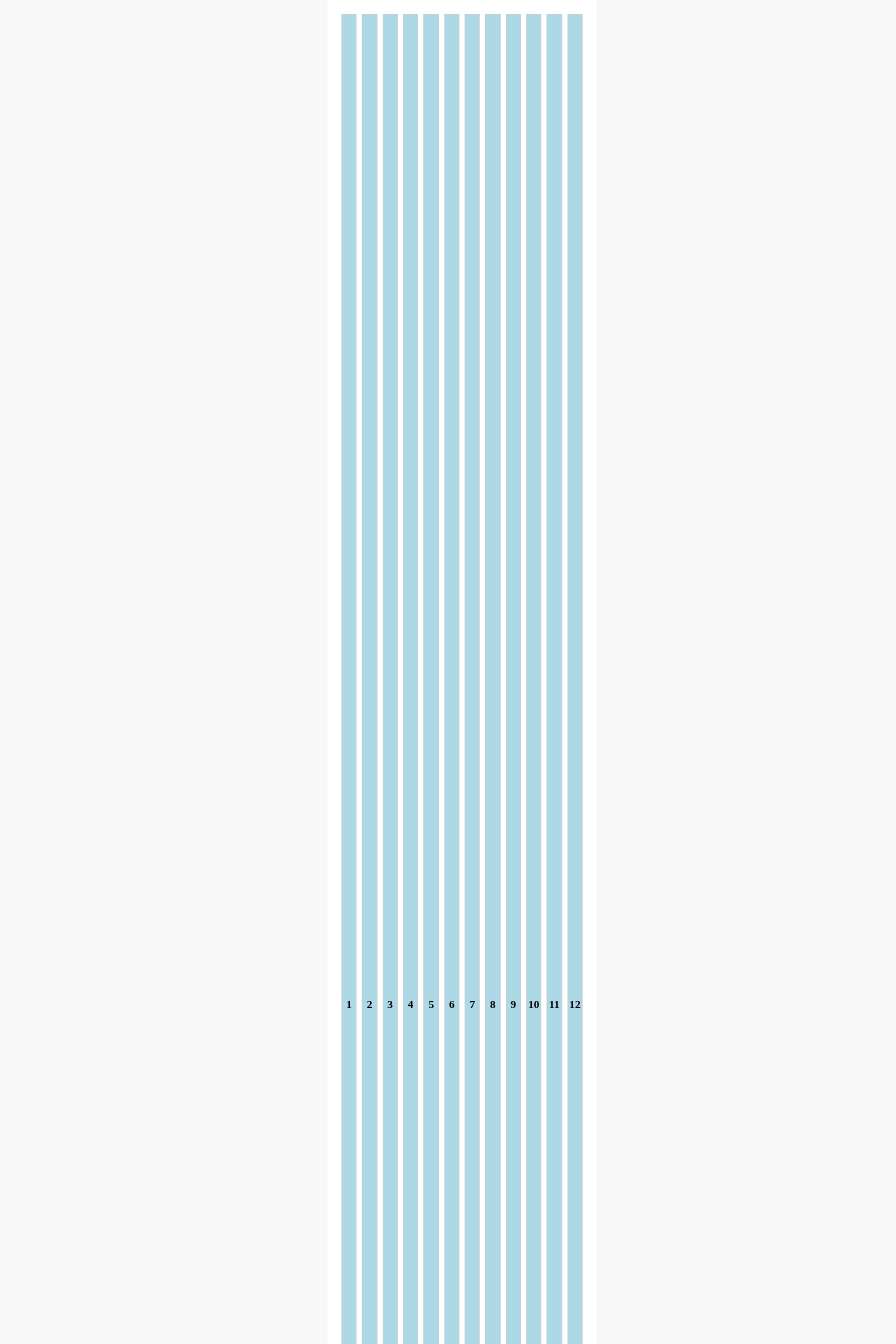
Repository: Yeshwanth-189/little-lemon
Page: / (app in little-lemon/)
These files come from the project's save history. The page is drawn as it stood at one moment and after the next save; the edit follows.
The browser window is 1280 px wide. The pictures show the part of the page from y = 0 to 1920 px (the page is 2869 px tall before and 2887 px after), at 70% of full size.
The project was rebuilt for these pictures with package versions that can differ from the ones it lists, and the page was loaded fresh each time.

Above is the page before, as saved 2025-04-26 15:22:05.

After the next save:
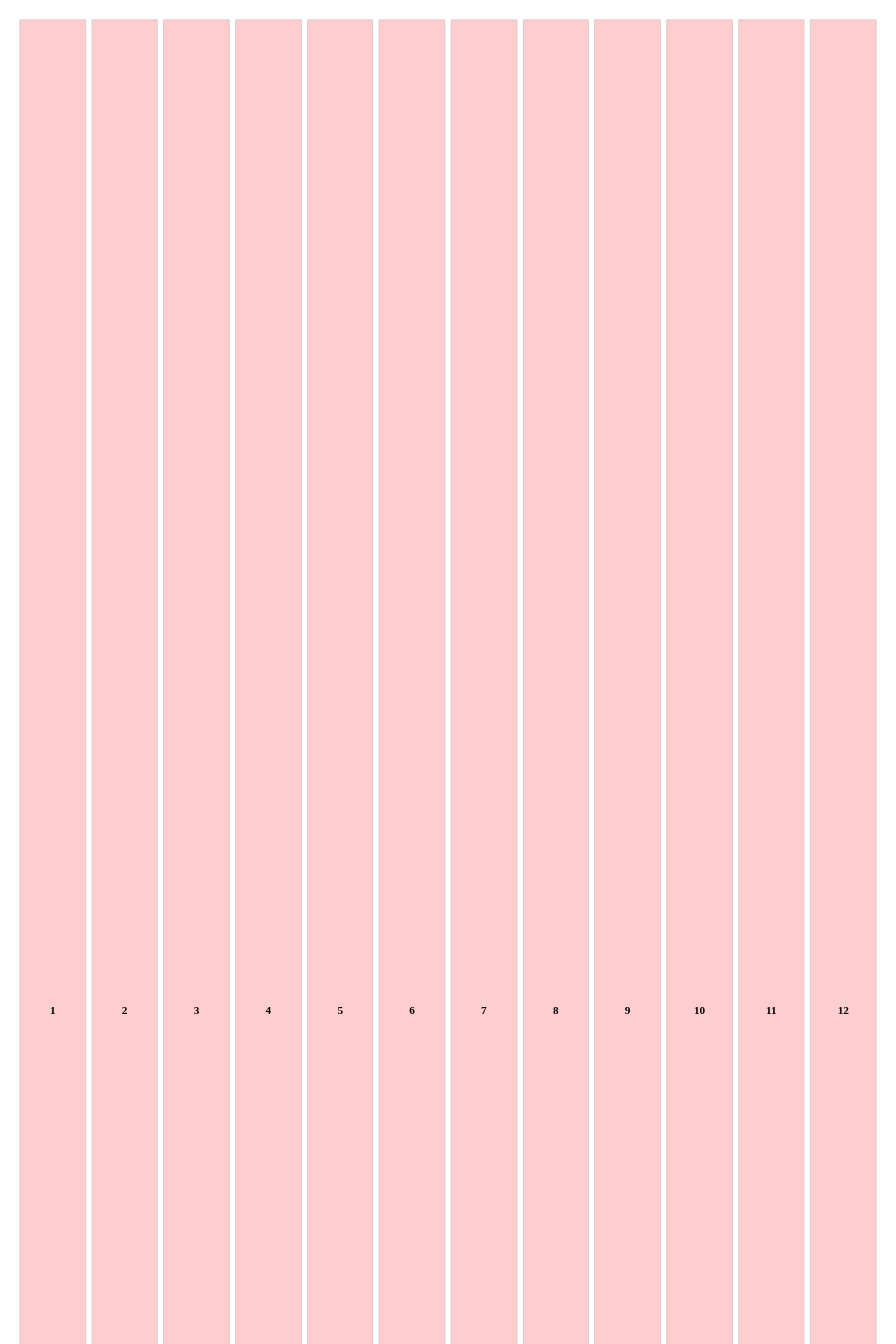
Saved 39 s later.
--- a/little-lemon/src/App.css
+++ b/little-lemon/src/App.css
@@ -1,34 +1,23 @@
-body {
-  margin: 0;
-  padding: 0;
-  display: flex;
-  justify-content: center; /* Center the container */
-  background-color: #f8f8f8; /* light background */
+/* Base container for grid layout */
+.container {
+  display: grid;
+  grid-template-columns: repeat(12, 1fr); /* 12 columns for desktop */
+  gap: 8px; /* small gap between columns */
+  padding: 20px;
 }
 
-/* Frame container */
-.container {
-  width: 100%; /* Limit to your frame width */
-  min-height: 2829px; /* Frame height */
-  display: grid;
-  grid-template-columns: repeat(12, 1fr); /* 12 columns */
-  gap: 8px;
-  padding: 20px;
-  background-color: white; /* white background like your Figma frame */
-}
-
-/* Each column */
+/* Each column item */
 .column {
-  background-color: lightblue;
+  background-color: rgb(255, 205, 205);
   border: 1px solid #ccc;
-  min-height: 100px;
+  min-height: 2829px; /* just to see the box */
   display: flex;
   align-items: center;
   justify-content: center;
   font-weight: bold;
 }
 
-/* Mobile view */
+/* Mobile view: 4 columns */
 @media (max-width: 768px) {
   .container {
     grid-template-columns: repeat(4, 1fr); /* 4 columns for mobile */
